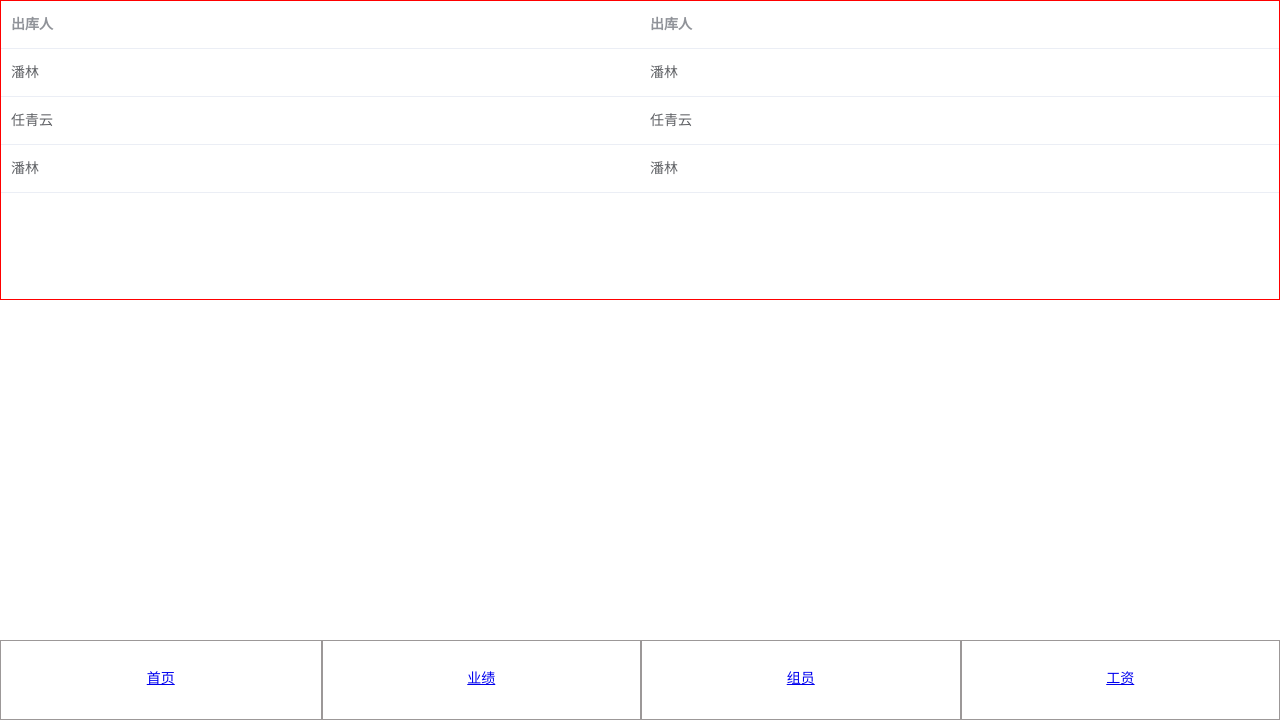
Repository: panlin520-team/lnmj-staffH5
Page: /#/performance
These files come from the project's save history. The page is drawn as it stood at one moment and after a run of saves; the edit follows.
The browser window is 1280 px wide. The pictures show the whole page.
The project was rebuilt for these pictures with package versions that can differ from the ones it lists, and the page was loaded fresh each time. Also part of the build but not shown: src/views/Lojin.vue.

Above is the page before, as saved 2020-04-08 15:40:44.

After the next 2 saves:
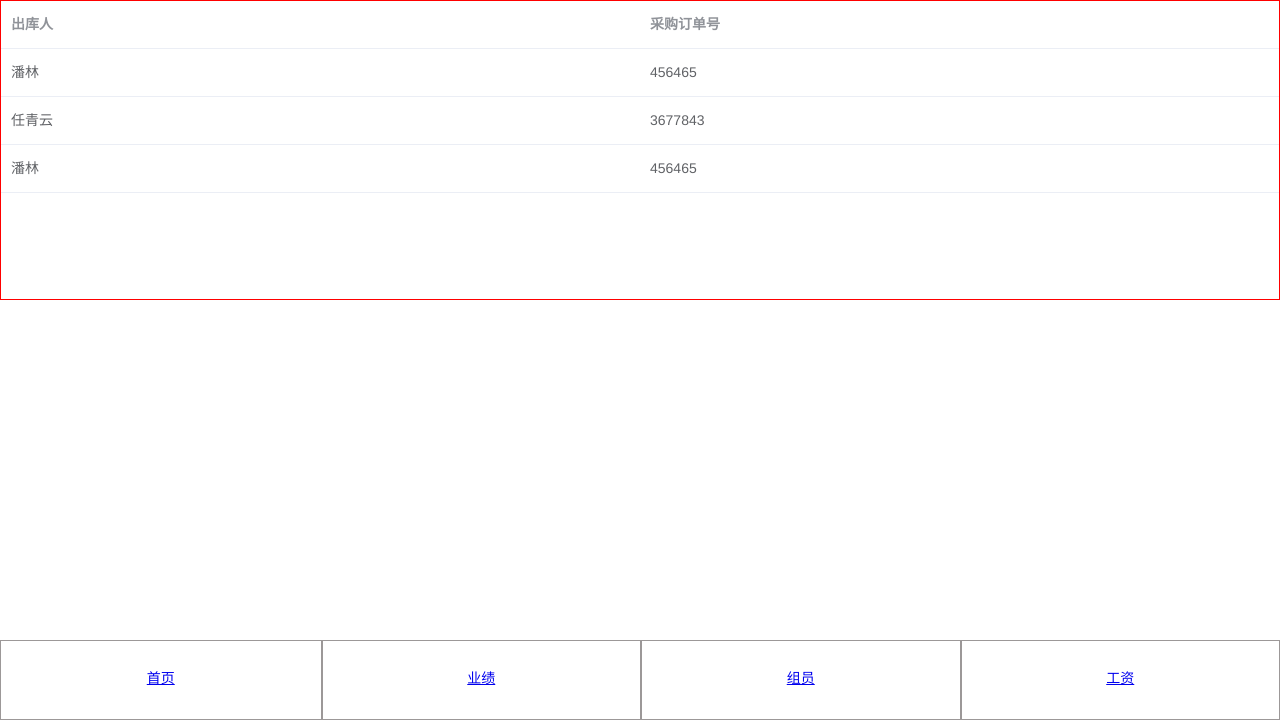
The 2 saves are shown as one change because they came seconds apart.
The last was saved 14 s later.
--- a/src/views/Performance.vue
+++ b/src/views/Performance.vue
@@ -8,9 +8,9 @@
             <div slot="reference" class="name-wrapper">{{ scope.row.createOperator }}</div>
           </template>
         </el-table-column>
-        <el-table-column label="出库人">
+        <el-table-column label="采购订单号">
           <template slot-scope="scope">
-            <div slot="reference" class="name-wrapper">{{ scope.row.createOperator }}</div>
+            <div slot="reference" class="name-wrapper">{{ scope.row.outStorageNumber }}</div>
           </template>
         </el-table-column>
         <!-- <el-table-column label="采购订单号">
